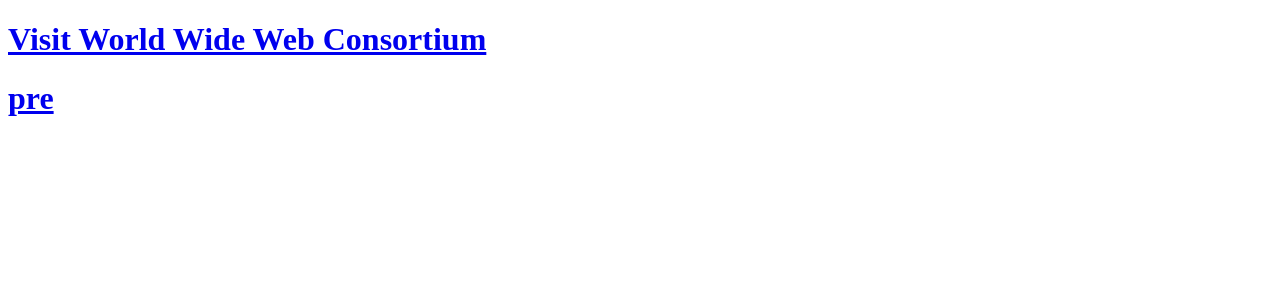
Repository: Seonhanbit/dev
Page: work_frontend/HtmlEx/WebContent/04text/01.anchor.html
These files come from the project's save history. The page is drawn as it stood at one moment and after the next save; the edit follows.
The browser window is 1280 px wide. The pictures show the whole page.

Above is the page before, as saved 2019-08-26 04:53:09.

### work_frontend/HtmlEx/WebContent/04text/01.anchor.html
<!DOCTYPE html>
<html>
<head>
<title>Anchor example</title>
</head>
<body>
<h1><a href="http://www.w3c.org">Visit World Wide Web Consortium</a></h1>
<h1><a href="http://Localhost:8080/HtmlEx/03grouping/03.pre.html">pre</a></h1>
</body>
</html>

After the next save:
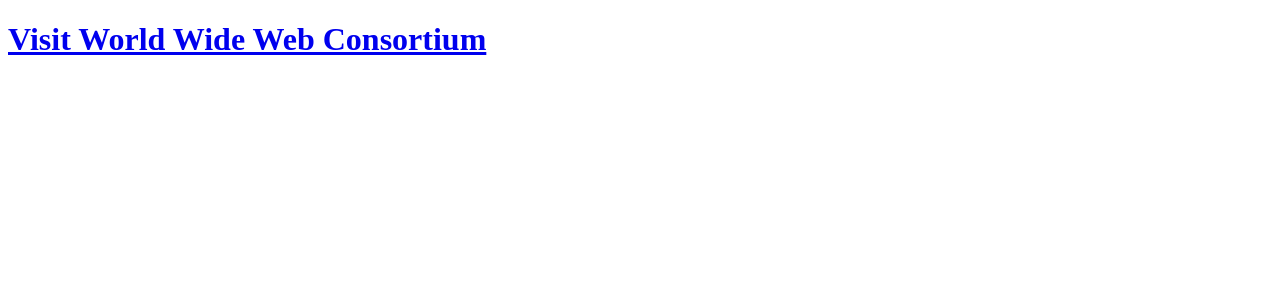
Saved 108 s later.
--- a/work_frontend/HtmlEx/WebContent/04text/01.anchor.html
+++ b/work_frontend/HtmlEx/WebContent/04text/01.anchor.html
@@ -5,6 +5,6 @@
 </head>
 <body>
 <h1><a href="http://www.w3c.org">Visit World Wide Web Consortium</a></h1>
-<h1><a href="http://Localhost:8080/HtmlEx/03grouping/03.pre.html">pre</a></h1>
+<h1><a href="http://Localhost:8080/HtmlEx/03grouping/03.pre.html?name = '홍길동'&age='21'>pre</a></h1>
 </body>
 </html>

After the save that followed:
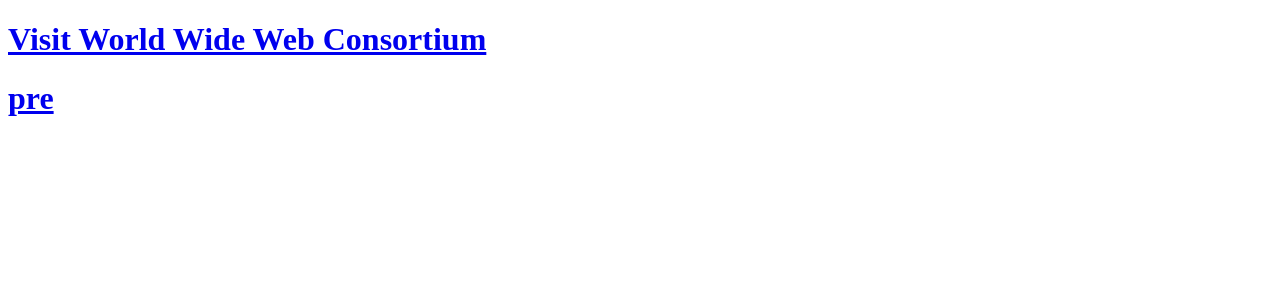
Saved 37 s later.
--- a/work_frontend/HtmlEx/WebContent/04text/01.anchor.html
+++ b/work_frontend/HtmlEx/WebContent/04text/01.anchor.html
@@ -5,6 +5,6 @@
 </head>
 <body>
 <h1><a href="http://www.w3c.org">Visit World Wide Web Consortium</a></h1>
-<h1><a href="http://Localhost:8080/HtmlEx/03grouping/03.pre.html?name = '홍길동'&age='21'>pre</a></h1>
+<h1><a href="http://Localhost:8080/HtmlEx/03grouping/03.pre.html?name ='홍길동'&age='21'">pre</a></h1>
 </body>
 </html>
